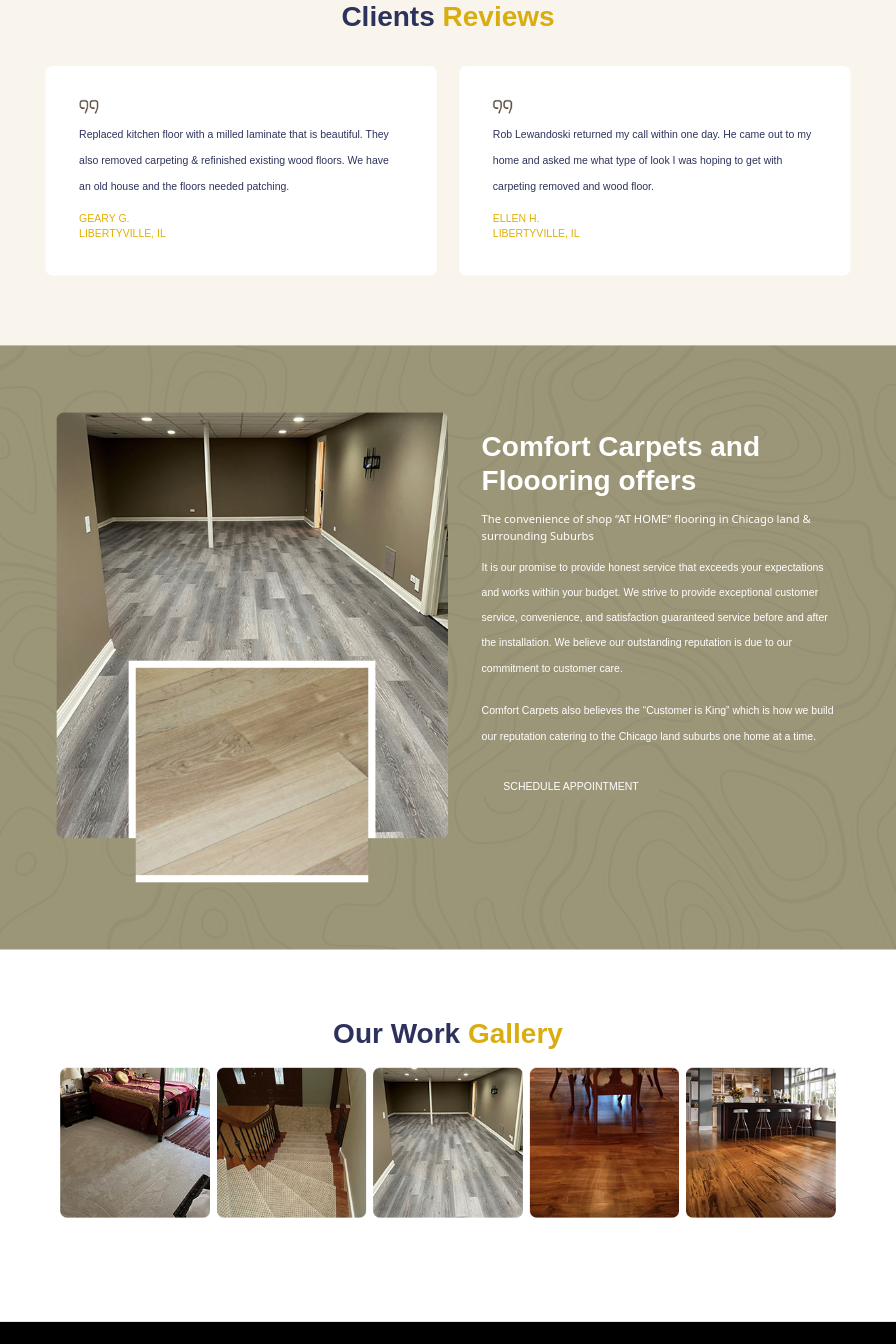
Repository: Ab-dur-Rehman/sscaseFolders
Page: index.html
The author's editor kept a copy of each file at every save. The page is drawn from the files as they stood at one save, then again after the next save.
The browser window is 1280 px wide. The pictures show the part of the page from y = 3569 to 5489 px (the page is 5489 px tall before and 5441 px after), at 70% of full size.
Some web fonts or font styles are not loaded; a fallback is used.

Above is the page before, as saved 2022-12-26 14:03:46.

### index.html
<!doctype html>
<html lang="en">
  <head>
    <meta charset="utf-8">
    <meta name="viewport" content="width=device-width, initial-scale=1">
    <!-- Bootstrap CSS -->
    <link href="https://cdn.jsdelivr.net/npm/bootstrap@5.0.2/dist/css/bootstrap.min.css" rel="stylesheet" integrity="sha384-EVSTQN3/azprG1Anm3QDgpJLIm9Nao0Yz1ztcQTwFspd3yD65VohhpuuCOmLASjC" crossorigin="anonymous">
    <!-- Custom CSS -->
    <link rel="stylesheet" href="assets/css/style.css">
    <!-- FontAwesome -->
    <link rel="stylesheet" href="https://cdnjs.cloudflare.com/ajax/libs/font-awesome/6.2.1/css/all.min.css" integrity="sha512-MV7K8+y+gLIBoVD59lQIYicR65iaqukzvf/nwasF0nqhPay5w/9lJmVM2hMDcnK1OnMGCdVK+iQrJ7lzPJQd1w==" crossorigin="anonymous" referrerpolicy="no-referrer" />
    <!-- JQuery -->
    <script src="https://code.jquery.com/jquery-3.6.1.min.js" integrity="sha256-o88AwQnZB+VDvE9tvIXrMQaPlFFSUTR+nldQm1LuPXQ=" crossorigin="anonymous"></script>
    <!-- Bootstrap JS -->
    <script src="https://cdn.jsdelivr.net/npm/bootstrap@5.0.2/dist/js/bootstrap.bundle.min.js" integrity="sha384-MrcW6ZMFYlzcLA8Nl+NtUVF0sA7MsXsP1UyJoMp4YLEuNSfAP+JcXn/tWtIaxVXM" crossorigin="anonymous"></script>
    <!-- Custom Scripts -->
    <script type="module" src="assets/js/script.js"></script>

    <title>Comfort Carpets</title>
  </head>
  <body>
    <div class="col-lg-12 mx-auto main-wrapper">

      <header class="py-3 px-5 header-top">
        <div class="header-top-inner row gx-0 max-content d-flex flex-row align-items-center">
          <div class="col-md-3 logo-top mx-0 px-0">
            <a href="#"><img src="assets/images/logo.png" alt="logo"/></a>
          </div>
          <div class="col-md-9 header-left mx-0 px-0 py-0">
            <div class="top-call-info">
              <div class="top-call-info-inner d-flex flex-row justify-content-end align-items-center">
                <div class="top-call-info-inner-left px-4 d-flex flex-row align-items-center">
                  <i class="fa fa-volume-control-phone" aria-hidden="true"></i>
                  <span class="call-text px-2">Call or Text: </span>
                  <span class="call-number">847-327-9910</span>
                </div>
                <div class="top-call-info-inner-right">
                  <button type="button" class="btn btn-appointment">Schedule Appointment</button>
                </div>
              </div>
            </div>
            <div class="main-nav-wrapper">
              <nav class="navbar navbar-expand-lg navbar-light">
                <div class="container-fluid justify-content-end">
                  <button class="navbar-toggler" type="button" data-bs-toggle="collapse" data-bs-target="#navbarNav" aria-controls="navbarNav" aria-expanded="false" aria-label="Toggle navigation">
                    <span class="navbar-toggler-icon"></span>
                  </button>
                  <div class="collapse navbar-collapse justify-content-end" id="navbarNav">
                    <ul class="navbar-nav text-end">
                      <li class="nav-item">
                        <a class="nav-link active" aria-current="page" href="#">Home</a>
                      </li>
                      <li class="nav-item">
                        <a class="nav-link" href="#">Flooring</a>
                      </li>
                      <li class="nav-item">
                        <a class="nav-link" href="#">Carpet Repair</a>
                      </li>
                      <li class="nav-item">
                        <a class="nav-link" href="#">Resources</a>
                      </li>
                      <li class="nav-item">
                        <a class="nav-link" href="#">Gallery</a>
                      </li>
                      <li class="nav-item">
                        <a class="nav-link" href="#">Reviews</a>
                      </li>
                      <li class="nav-item">
                        <a class="nav-link" href="#">FAQ's</a>
                      </li>
                      <li class="nav-item">
                        <a class="nav-link" href="#">Contact Us</a>
                      </li>
                    </ul>
                  </div>
                </div>
              </nav>
            </div>
          </div>
        </div>
        <div class="header-bottom row gx-0 max-content d-flex flex-row align-items-center py-5 my-3">
          <div class="col-lg-6 banner-text mx-0 px-0">
            <div class="banner-text-inner">
              <h4 class="banner-title">All the latest trends and styles</h4>
              <p class="banner-sub">We keep our flooring as current as possible keeping up with the latest trends and styles.</p>
              <div class="top-call-info-inner-right">
                <button type="button" class="btn btn-appointment">Schedule Appointment</button>
              </div>
          </div>
          <div class="col-lg-6 mx-0 px-0"></div>
        </div>
      </header>
      <div class="header-bottom col-lg-12 mx-auto main-content-2">
        <div class="row gx-0 d-flex flex-row align-items-center py-5 my-3">
          <div class="tab-wrapper col-3 m-1">
            <div class="tab-price d-flex flex-row align-items-center">
              <sup>$</sup>150<span>00</br>OFF</span>
            </div>
            <span>Any Carpet Orders</span>
            <span>750 SQ. FT. or more.</span>
          </div>
          <div class="tab-wrapper col-3 m-1">
            <div class="tab-price d-flex flex-row align-items-center">
              <sup>$</sup>150<span>00</br>OFF</span>
            </div>
            <span>Any Carpet Orders</span>
            <span>750 SQ. FT. or more.</span>
          </div>
          <div class="tab-wrapper col-3 m-1">
            <div class="tab-price d-flex flex-row align-items-center">
              <sup>$</sup>75<span>00</br>OFF</span>
            </div>
            <span>Any Carpet Orders</span>
            <span>750 SQ. FT. or more.</span>
          </div>
          <div class="tab-wrapper col-3 m-1">
            <div class="tab-price d-flex flex-row align-items-center">
              <sup>$</sup>150<span>00</br>OFF</span>
            </div>
            <span>Any Carpet Orders</span>
            <span>750 SQ. FT. or more.</span>
          </div>
        </div>
      </div>
      <!-- <content class="col-12 main-content"> -->
      <content>
        <div class="content-top">
          <div class="row gx-0 d-flex flex-row align-items-top py-5 px-3 mx-auto main-content-2">
            <div class="cont-1-pic col-md-6">
              <img src="assets/images/about.png" alt="Cont-1-pic"/>
            </div>
            <div class="cont-1-text col-md-6 my-4">
              <div class="cont-1-text-inner p-text ps-md-5">
                <h1 class="h1">We Care About <span>Your Comfort</span></h1>
                <p>Comfort Carpets has been serving the Chicagoland area for over 25 years. We offer high quality flooring from countless manufacturers, with a unique selection of styles from traditional to contemporary and excellent value so that your dream room can become a reality.</p>
                <p>It is our promise to provide service that exceeds your expectations & works within your budget.</p>
                <button type="button" class="btn btn-read-more mt-2">Read More</button>
              </div>
            </div>
          </div>
        </div>
        <div class="content-2-wrapper py-5">
          <div class="row gx-0 d-flex flex-row flex-row-reverse align-items-top py-5 px-3 mx-auto main-content-2">
            <div class="cont-2-pic col-md-6">
              <img src="assets/images/3.png" alt="Cont-2-pic"/>
            </div>
            <div class="cont-2-text col-md-6 mt-4">
              <div class="cont-2-text-inner p-text pe-md-5">
                <h1 class="h1">We keep our flooring keeping up with the <span>latest trends</span></h1>
                <p>Our shop “At Home” experience starts with our flooring specialist traveling to you with our “mobile” showroom selections. You can view carpet, hardwood, laminate or vinyl at home to see what colors fit your style best. Our mobile showroom is fully stocked with all the flooring options, samples and information you need to make your decision right in the luxury of your home the same day.</p>
                <p>Our expert flooring specialist is your personal shopping consultant to ensure you make the right selection for your floors.</p>
                <button type="button" class="btn btn-read-more mt-2">Schedule Appointment</button>
              </div>
            </div>
          </div>
        </div>
        <div class="content-3-wrapper pt-5 p-text text-center">
          <div class="row gx-0 py-5 px-3 mx-auto main-content-3">
            <h1 class="h1 col-12 mb-5">You DREAM FLOORING is <br> just <span>3 simple steps</span> away from reality</h1>
            <div class="col-md-4">
              <div class="content-3-inner mx-auto">
                <img src="assets/images/step-1.png" alt="step-1"/>
                <p class="py-3">Choose your name brand flooring</p>
              </div>
            </div>
            <div class="col-md-4">
              <div class="content-3-inner mx-auto">
                <img src="assets/images/step-2.png" alt="step-2"/>
                <p class="py-3">Place your order</p>
              </div>
            </div>
            <div class="col-md-4">
              <div class="content-3-inner mx-auto">
                <img src="assets/images/step-3.png" alt="step-3"/>
                <p class="py-3">Set up delivery and installation</p>
              </div>
            </div>
          </div>
        </div>
        <div class="content-4-wrapper py-5 px-3">
          <div class="row gx-0 mx-auto main-content-3 d-flex flex-row align-items-center">
            <div class="col-md-4">
                <img src="assets/images/cards.png" alt="cards"/>
            </div>
            <div class="col-md-8">
              <div class="content-4-inner-text p-text-2 ps-md-5">
                <p>For a limited time receive a <span>$25</span> gift card to <span>Restaurant.com</span> when you complete an <span>"AT HOME"</span> appointment with a Comfort Carpets Flooring Specialist.</p>
              </div>
            </div>
          </div>
        </div>
        <div class="content-reviews py-5 px-3">
          <div class="row gx-0 mx-auto main-content-2 d-flex flex-row align-items-center pt-4 pb-5">
            <div class="col-12 p-text pb-4">
              <h1 class="h1 text-center">Clients <span>Reviews</span></h1>
            </div>
            <div class="col-md-6 my-1">
              <div class="content-reviews-inner-text p-text p-5 me-md-3">
                <img src="assets/images/rev-q.png" alt="quote"/>
                <p>Replaced kitchen floor with a milled laminate that is beautiful. They also removed carpeting & refinished existing wood floors. We have an old house and the floors needed patching.</p>
                <span>
                  Geary G. <br> Libertyville, il
                </span>
              </div>
            </div>
            <div class="col-md-6 my-1">
              <div class="content-reviews-inner-text p-text p-5 ms-md-3">
                <img src="assets/images/rev-q.png" alt="quote"/>
                <p>Rob Lewandoski returned my call within one day. He came out to my home and asked me what type of look I was hoping to get with carpeting removed and wood floor.</p>
                <span>
                  Ellen H. <br> Libertyville, il
                </span>
              </div>
            </div>
          </div>
        </div>
        <div class="content-wrapper-6 py-5">
          <div class="row gx-0 d-flex flex-row align-items-top py-5 px-3 mx-auto main-content-2">
            <div class="cont-1-pic col-md-6">
              <img src="assets/images/comfort-bg.png" alt="Cont-1-pic"/>
            </div>
            <div class="cont-1-text col-md-6 my-4">
              <div class="cont-1-text-inner p-text ps-md-5">
                <h1 class="h1">Comfort Carpets and Floooring offers</h1>
                <h6>The convenience of shop “AT HOME” flooring in Chicago land & surrounding Suburbs</h6>
                <p>It is our promise to provide honest service that exceeds your expectations and works within your budget. We strive to provide exceptional customer service, convenience, and satisfaction guaranteed service before and after the installation. We believe our outstanding reputation is due to our commitment to customer care.</p>
                <p>Comfort Carpets also believes the “Customer is King” which is how we build our reputation catering to the Chicago land suburbs one home at a time.</p>
                <button type="button" class="btn btn-read-more mt-2">Schedule Appointment</button>
              </div>
            </div>
          </div>
        </div>
        <div class="content-gallery-wrapper py-5">
          <div class="row gx-0 py-5 px-3 mx-auto main-content-2 p-text">
            <h1 class="h1 text-center">Our Work <span>Gallery</span></h1>
            <ul class="flex-row align-items-center d-md-flex">
              <li><img src="assets/images/g1.png" alt="gallery 1"/></li>
              <li><img src="assets/images/g2.png" alt="gallery 2"/></li>
              <li><img src="assets/images/g3.png" alt="gallery 3"/></li>
              <li><img src="assets/images/g4.png" alt="gallery 4"/></li>
              <li><img src="assets/images/g5.png" alt="gallery 5"/></li>
            </ul>
          </div>
        </div>
      </content>
      <footer class="row gx-0 py-3 px-5 footer-wrapper text-center mt-5">

      </footer>
    </div>
  </body>
</html>

### assets/css/style.css
@import url('https://fonts.googleapis.com/css2?family=Amiko:wght@400;600;700&family=Chivo:wght@400;500;600;700&display=swap');


img { width:100%;}
/* body { color:#fff;} */

/* font-family: 'Amiko', sans-serif;
font-family: 'Chivo', sans-serif; */

.logo-top img {
    max-width: 242px;
}
.max-content {
    max-width: 1200px;
    margin: 0 auto;
    width: 100%;
}
.main-content-2 {
    max-width: 1150px;
    margin: 0 auto;
    width: 100%;
}
.header-top {
    background:url(../images/bnr.png);
    background-position: top center;
    background-repeat: no-repeat;
    background-size:cover;
}
.btn-appointment {
    background: #e1af02;
    color: #000;
    font-family: 'Amiko', sans-serif;
    padding: 12px 20px 10px 20px;
    border-radius: 5px;
    font-size: 16px;
    font-weight: 500;
    border-radius: 40px;
    line-height: 1;
}
.call-text {
    font-size: 15px;
    font-weight: 400;
    font-family: 'Amiko', sans-serif;
    color: #fff;
}
.call-number {
    font-size: 20px;
    font-weight: 500;
    font-family: 'Chivo', sans-serif;
    color: #fff;
}
.nav-link {
    font-size: 15px;
    font-weight: 400;
    font-family: 'Amiko', sans-serif;
    color: #fff!important;
}

.banner-title {
    font-size: 17px;
    font-weight: 500;
    font-family: 'Amiko', sans-serif;
    color: #fff;
    line-height: 1;
    text-transform: uppercase;
    text-shadow: 2px 2px 2px #777371;
}
.banner-sub {
    font-size: 45px;
    font-weight: 400;
    font-family: 'Chivo', sans-serif;
    color: #fff;
    line-height: 1.2;
    text-shadow: 2px 2px 2px #777371;
}
.tab-wrapper {
    border: 10px solid transparent;
    padding: 15px;
    /* border-image: url(../images/31.png) 4% round; */
    /* border-image-outset: 10px 5px 15px 5px; */
    /* border-image-slice: 70; */
    /* border-image-source:url('../images/31.png');
    border-image-repeat: stretch;
    border-image-slice: 30;
    border-image-width: 50px;
    border-image-outset: 10px; */

    border: 16px solid transparent;
	border-image: 16 repeating-linear-gradient(45deg, #656461 0, #656461 1em, transparent 0, transparent 2em, #656461 0, #656461 3em, transparent 0, transparent 4em);

}

.p-text h1 {
    /* font-size: 45px; */
    font-weight: 800;
    font-family: 'Chivo', sans-serif;
    color: #2c325b;
    margin-bottom: 20px;
}
.p-text h1 span {
    color: #d9ac0f;
}
.p-text p {
    font-size: 15px;
    font-weight: 400;
    font-family: 'Amiko', sans-serif;
    color: #2c325b;
    line-height: 2.5;
    margin-bottom: 30px;
}

.btn-read-more {
    background: #f9f5ed;
    color: #000;
    font-family: 'Amiko', sans-serif;
    padding: 12px 30px 10px 30px;
    border-radius: 5px;
    font-size: 15px;
    font-weight: 500;
    border-radius: 40px;
    line-height: 1;
    text-transform: uppercase;
}
.content-2-wrapper {
    background: #f9f5ed;
}
.main-content-3 {
    max-width: 1000px;
    margin: 0 auto;
    width: 100%;
}
.content-3-wrapper img {
    max-width: 97px;
    width: 100%;
}
.content-3-inner {
    max-width: 230px;
    width: 95%;
}
.content-3-wrapper.p-text p {
    line-height: 1.5;
    text-transform: uppercase;
}
.content-4-wrapper {
    background: #221b15;
}

.p-text-2 p{
    font-weight: 700;
    font-family: 'Chivo', sans-serif;
    color: #e1af02;
    font-size: 26px;
    line-height: 1.7;
}
.p-text-2 p span {
    color: #fff;
}
.content-4-wrapper img {
    max-width: 300px;
    width: 100%;
    display: block;
    margin: 0 auto;
}
.content-reviews {
    background: #f9f5ed;
}
.content-reviews-inner-text img {
    max-width: 28px;
    margin-bottom: 10px;
    display: block;
}
.content-reviews-inner-text {
    background: #fff;
    border-radius:10px;
}
.content-reviews-inner-text.p-text p {
    margin-bottom: 0;
}
.content-reviews-inner-text span {
    font-size: 15px;
    font-weight: 500;
    font-family: 'Amiko', sans-serif;
    color: #e1af02;
    line-height: 1.5;
    text-transform: uppercase;
    display: block;
    padding-top: 15px;
}
.content-wrapper-6 {
    background: url(../images/bg-1.png);
    background-repeat: no-repeat;
    background-position: center;
    background-size: cover;
}
.content-wrapper-6 .p-text h1, .content-wrapper-6 .p-text h6, .content-wrapper-6 .p-text p {
    color: #fff;
}
.content-wrapper-6 .p-text h6 {
    line-height: 1.5;
    margin-bottom: 15px;
}
.content-wrapper-6 .p-text p {
    line-height: 2.4;
    margin-bottom: 25px;
}
.content-wrapper-6 .btn-read-more {
    background: #9c9679;
    color: #fff;
}
.content-gallery-wrapper ul {
    padding: 0;
    margin: 0;
}
.content-gallery-wrapper ul li {
    list-style: none;
    padding: 5px;
}
.content-gallery-wrapper ul li img {
    max-width: 220px;
    display: block;
    margin: 0 auto;
}

.footer-wrapper {
    background: #000;
}

/* //Responsive */

@media only screen and (max-width: 1350px) {

}

@media only screen and (max-width: 1262px) and (min-width: 1024px) {

}
@media only screen and (max-width: 1023px) {

}
@media only screen and (max-width: 982px) {

}
@media only screen and (max-width: 685px) {

}
@media only screen and (max-width: 576px) {

}

### assets/js/script.js
//doughnut
// var ctxD = document.getElementById("doughnutChart").getContext('2d');
// var ctxD2 = document.getElementById("doughnutChart2").getContext('2d');
// var myLineChart = new Chart(ctxD, {
//   type: 'doughnut',
//   data: {
//     labels: ["Red", "Green"],
//     datasets: [{
//       data: [25, 75],
//       backgroundColor: ["#F7464A", "#46BFBD"],
//       hoverBackgroundColor: ["#FF5A5E", "#5AD3D1"]
//     }]
//   },
//   options: {
//   	responsive: true
//   }
// });

// var myLineChart2 = new Chart(ctxD2, {
//     type: 'doughnut',
//     data: {
//       labels: ["Red", "Green"],
//       datasets: [{
//         data: [25, 75],
//         backgroundColor: ["#F7464A", "#46BFBD"],
//         hoverBackgroundColor: ["#FF5A5E", "#5AD3D1"]
//       }]
//     },
//     options: {
//         responsive: true
//     }
//   });

$(".option-icon-right input:checkbox").change(function(){
    $(this).closest("li").toggleClass('selected', this.checked);
    $('li.selected .option-icon-right label span').text('On');
    $('li:not(.selected) .option-icon-right label span').text('Off');
});

After the next save:
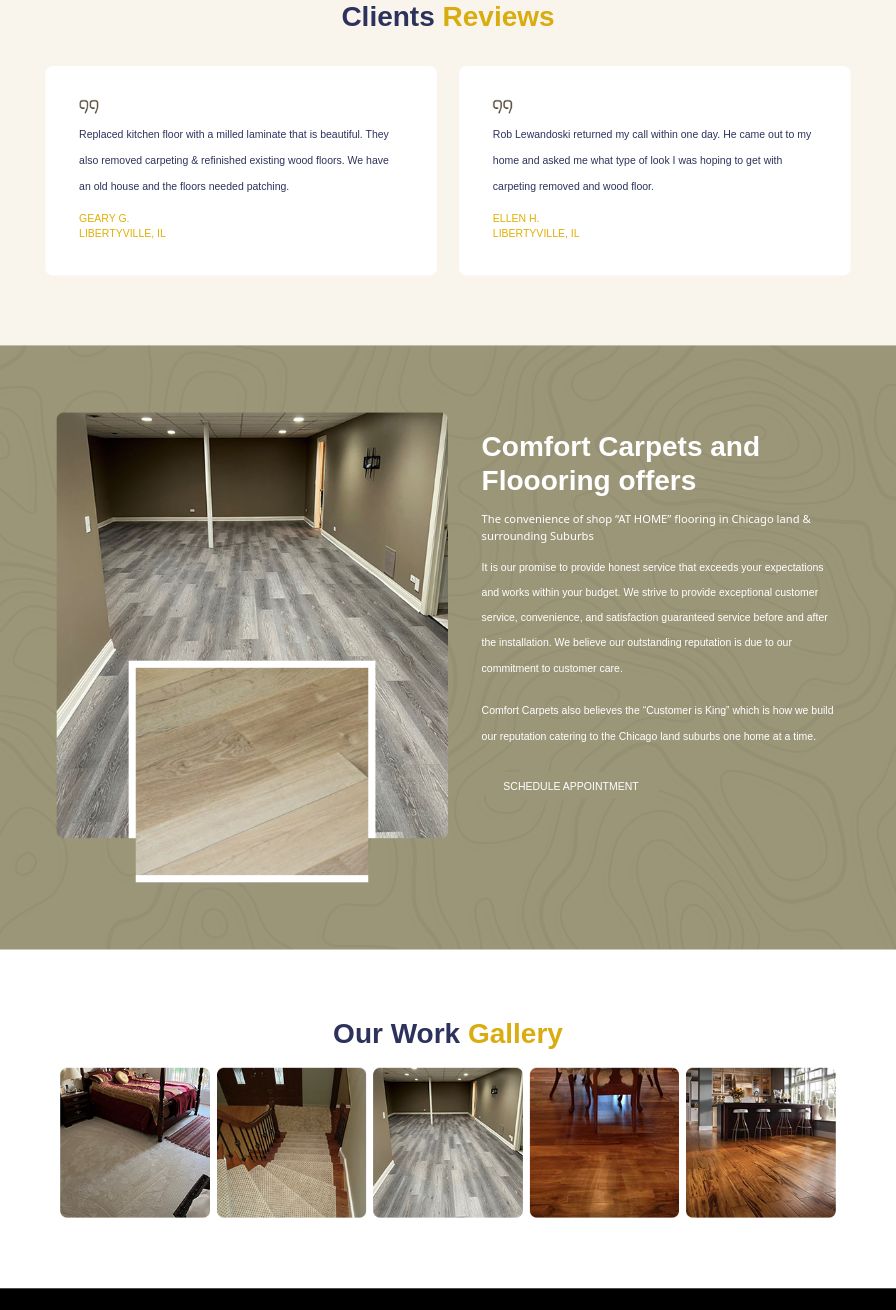
Saved 40 s later.
--- a/index.html
+++ b/index.html
@@ -243,7 +243,7 @@
           </div>
         </div>
       </content>
-      <footer class="row gx-0 py-3 px-5 footer-wrapper text-center mt-5">
+      <footer class="row gx-0 py-3 px-5 footer-wrapper text-center">
 
       </footer>
     </div>
